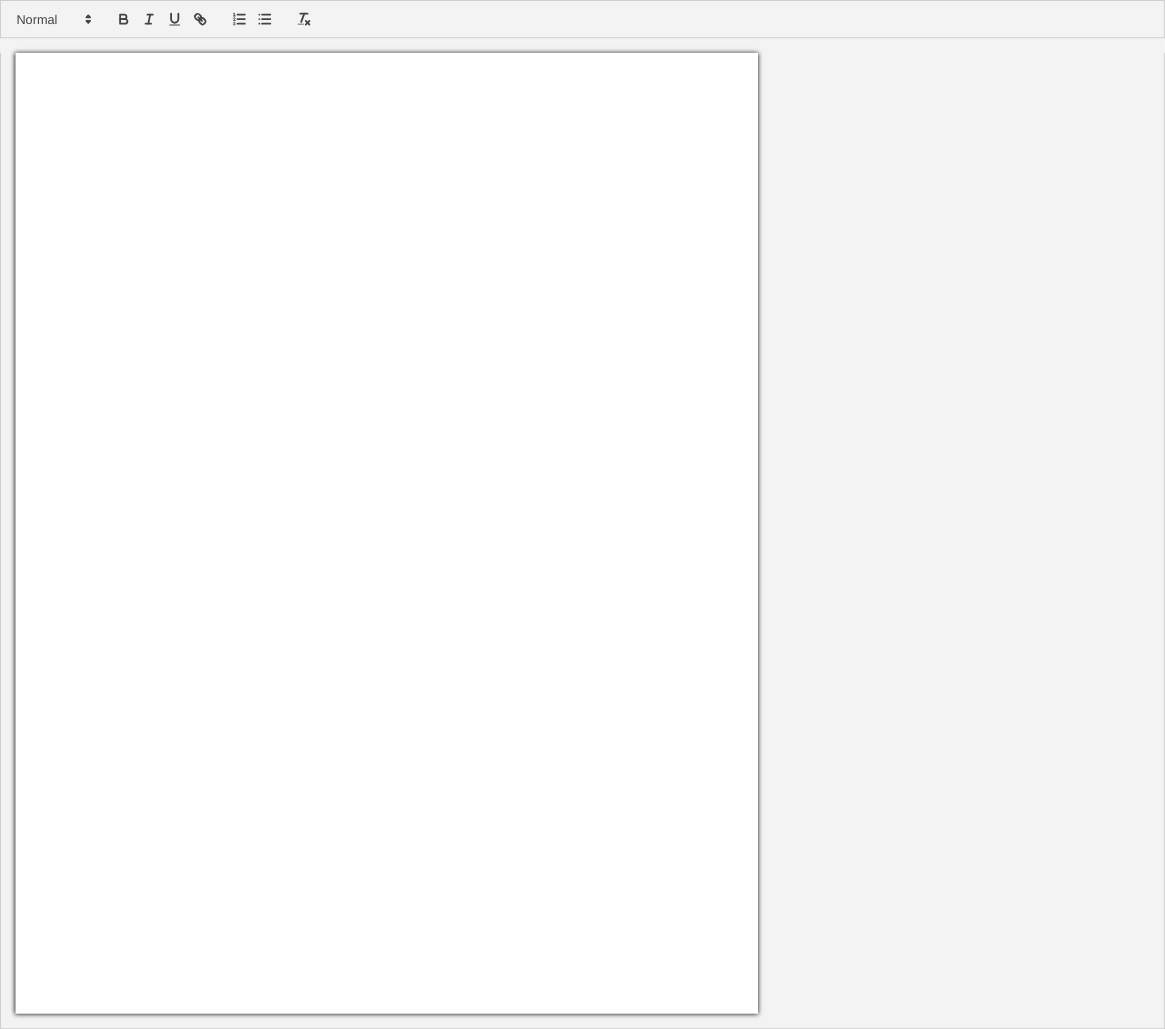
Repository: LaukeyMwaura/g-docs
Page: / (app in client/)
The author's editor kept a copy of each file at every save. The page is drawn from the files as they stood at one save, then again after the next save.
The browser window is 1280 px wide. The pictures show the whole page, at 91% of full size.
The project was rebuilt for these pictures with package versions that can differ from the ones it lists, and the page was loaded fresh each time.

Above is the page before, as saved 2021-05-11 13:49:07.

After the next save:
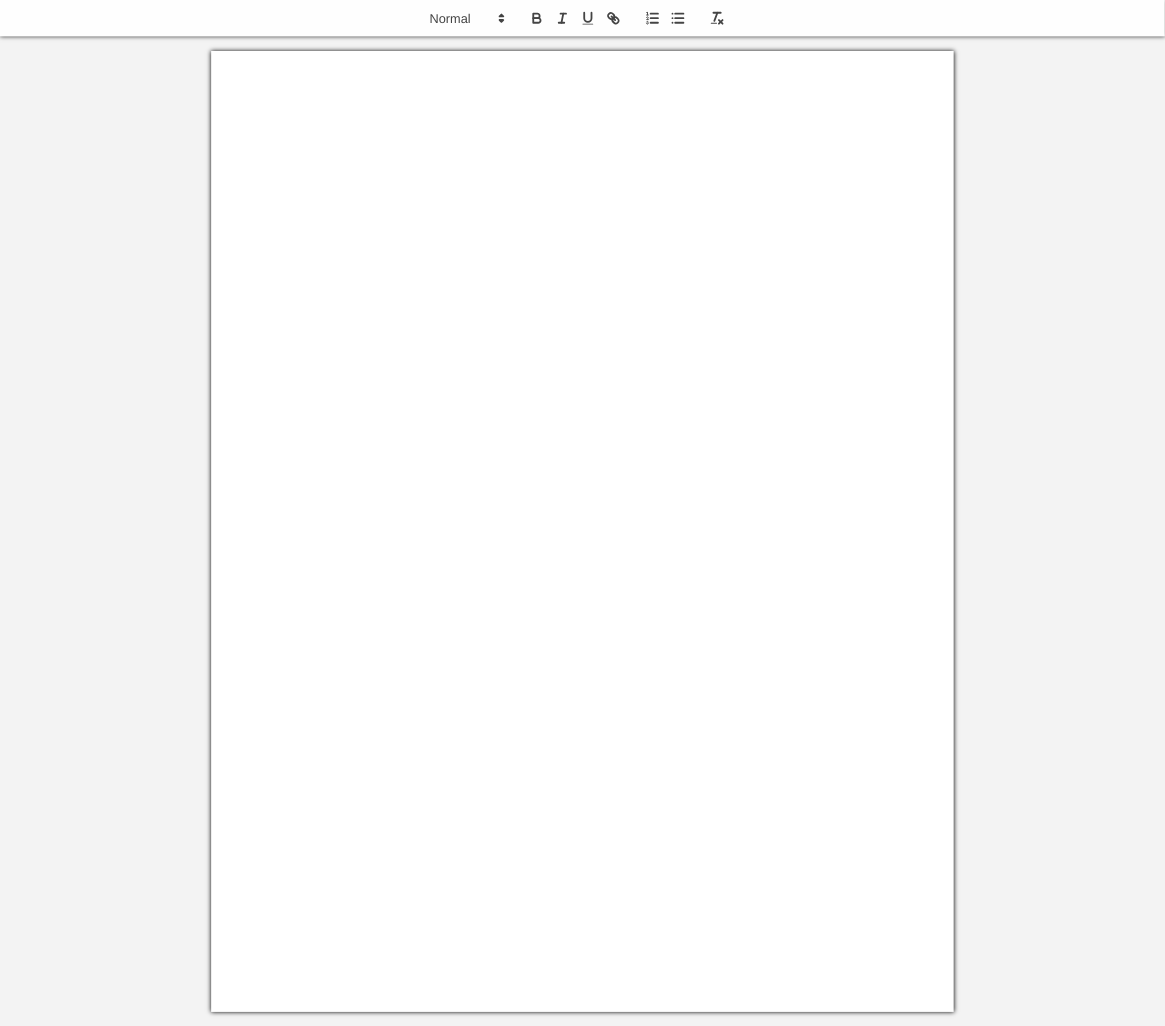
Saved 3 min 28 s later.
--- a/client/src/styles.css
+++ b/client/src/styles.css
@@ -14,3 +14,20 @@ body {
     box-shadow: 0 0 5px 0 black;
     background-color: white;
 }
+
+.container .ql-container.ql-snow{
+    border: none;
+    display:flex;
+    justify-content:center;
+}
+
+.container .ql-toolbar.ql-snow{
+    display:flex;
+    justify-content:center;
+    position:sticky;
+    top: 0;
+    z-index:1 ;
+    background-color: #fefefe;
+    border: none;
+    box-shadow: 0 0 5px 0 black;
+}
